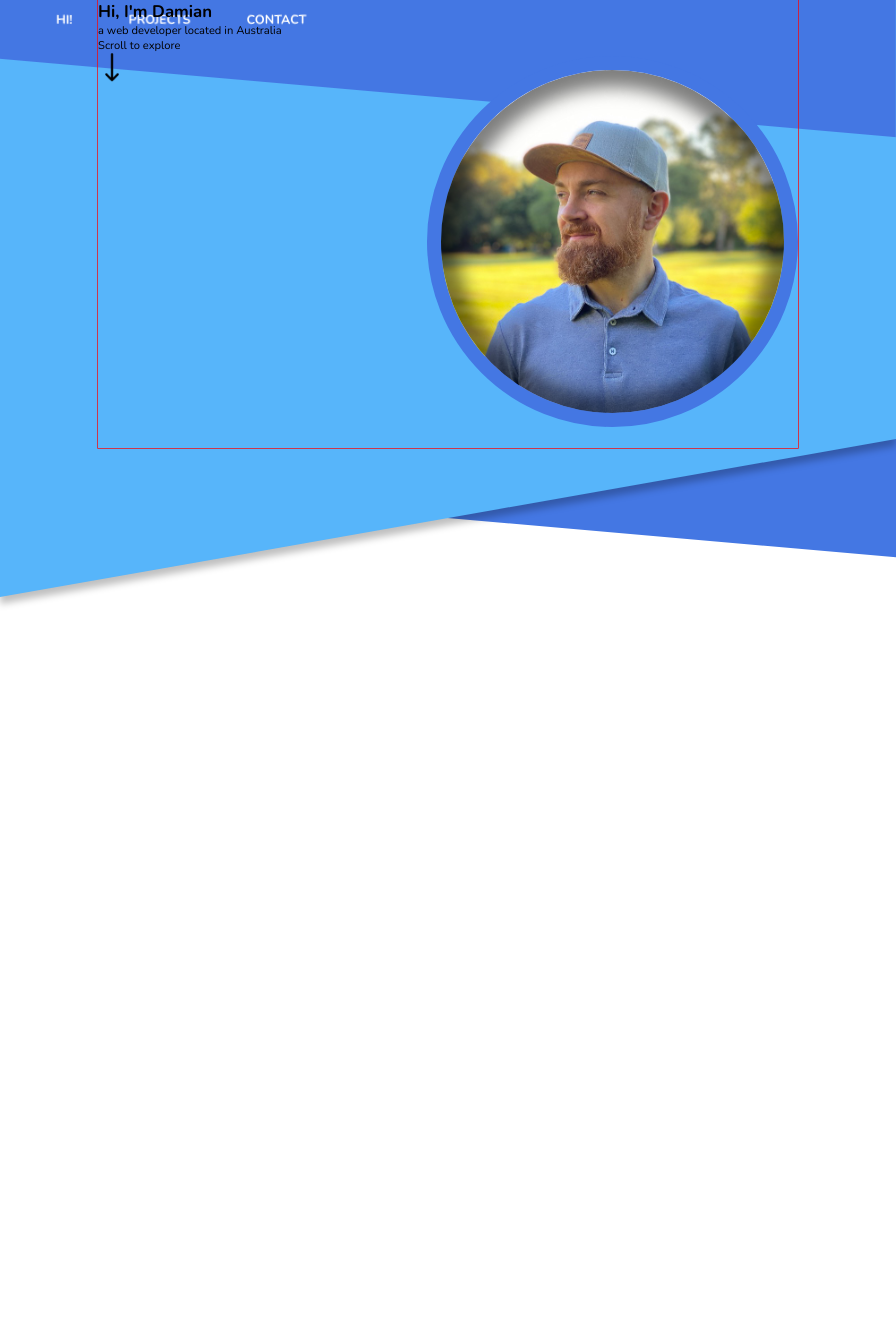
Repository: Colo-Codes/freecodecamp-05-Personal-Portfolio-Webpage
Page: index.html
These files come from the project's save history. The page is drawn as it stood at one moment and after a run of saves; the edit follows.
The browser window is 1280 px wide. The pictures show the part of the page from y = 0 to 1920 px (the page is 3026 px tall), at 70% of full size.

Above is the page before, as saved 2021-06-03 12:45:47.

After the next 2 saves:
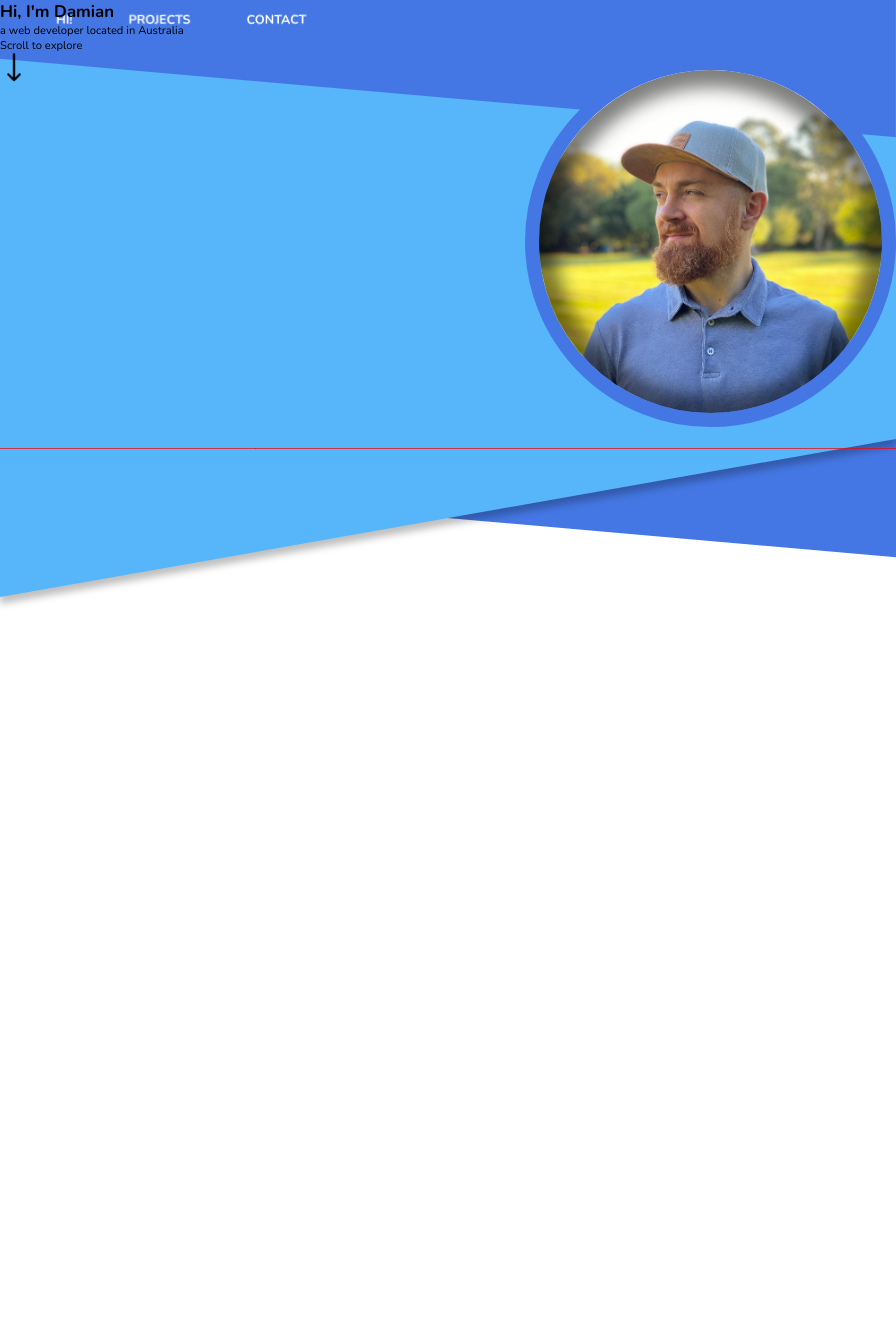
The 2 saves are shown as one change because they came seconds apart.
The last was saved 48 s later.
--- a/css/index.css
+++ b/css/index.css
@@ -54,7 +54,7 @@ body {
 /* Hero */
 
 #welcome-section-container {
-    max-width: 1000px;
+    max-width: 1440px;
     height: 40rem;
     position: relative;
     margin: auto;
